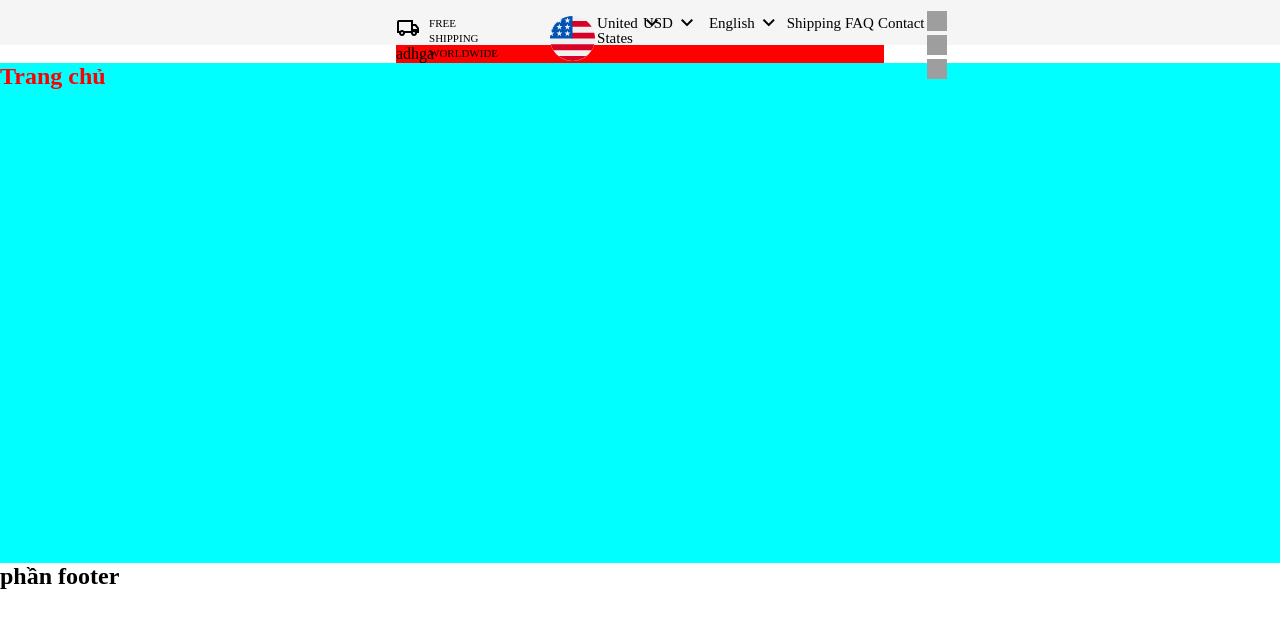
Repository: tatvanhco/shopper
Page: /
These files come from the project's save history. The page is drawn as it stood at one moment and after a run of saves; the edit follows.
The browser window is 1280 px wide. The pictures show the whole page.
Pictures or frames that could not be fetched are drawn as grey boxes. The project was rebuilt for these pictures with package versions that can differ from the ones it lists, and the page was loaded fresh each time.

Above is the page before, as saved 2022-09-24 12:04:30.

### src/index.tsx
import React from 'react';
import { createRoot } from 'react-dom/client';
import { Provider } from 'react-redux';
import { store } from './app/store';
import App from './App';
import reportWebVitals from './reportWebVitals';
import './index.scss';

const container = document.getElementById('root')!;
const root = createRoot(container);

root.render(
    <React.StrictMode>
        <Provider store={store}>
            <App />
        </Provider>
    </React.StrictMode>,
);

// If you want to start measuring performance in your app, pass a function
// to log results (for example: reportWebVitals(console.log))
// or send to an analytics endpoint. Learn more: https://bit.ly/CRA-vitals
reportWebVitals();

### src/app/store.ts
import { configureStore, ThunkAction, Action, getDefaultMiddleware } from '@reduxjs/toolkit';
import createSagaMiddleware from '@redux-saga/core';
import rootSaga from './rootSaga';

const sagaMiddleware = createSagaMiddleware();
export const store = configureStore({
    reducer: {

    },
    middleware: (getDefaultMiddleware) => {
        return getDefaultMiddleware().concat(sagaMiddleware);
    },
});

sagaMiddleware.run(rootSaga);

export type AppDispatch = typeof store.dispatch;
export type RootState = ReturnType<typeof store.getState>;
export type AppThunk<ReturnType = void> = ThunkAction<ReturnType, RootState, unknown, Action<string>>;

### src/App.tsx
import React from 'react';
import './App.scss';
import Header from 'components/header/header';
import Footer from 'components/footer/footer';
import Home from 'pages/home/home';

function App() {
    return (
        <div className="App">
            <Header />
            <Home />
            <Footer />
        </div>
    );
}

export default App;

### src/index.scss
/* @import 'normalize.css'; */
@import url('https://fonts.googleapis.com/css2?family=Roboto:wght@300;400;500;700&display=swap');
@import url('https://fonts.googleapis.com/css2?family=Material+Symbols+Outlined:opsz,wght,FILL,GRAD@20..48,100..700,0..1,-50..200');

body {
    margin: 0;
    padding: 0;
    /* font-family: -apple-system, BlinkMacSystemFont, 'Segoe UI', 'Roboto', 'Oxygen', 'Ubuntu', 'Cantarell', 'Fira Sans',
        'Droid Sans', 'Helvetica Neue', sans-serif; */
    -webkit-font-smoothing: antialiased;
    -moz-osx-font-smoothing: grayscale;
}

html {
    margin: 0;
    padding: 0;
}

code {
    font-family: source-code-pro, Menlo, Monaco, Consolas, 'Courier New', monospace;
}

p {
    margin: 0 !important;
    line-height: initial;
}

h1,
h2 {
    margin: 0;
}

### src/app/rootSaga.ts
function* rootSaga() {
    console.log('hahahha');
}

export default rootSaga;

### src/App.scss
.container {
    padding: 0px 16px;
    margin: 0 380px;
}

.d-flex {
    display: flex;
}

.ul {
    list-style: none;
    padding-left: 0;
}

.title {
    font-size: 15px;
    line-height: 15px;
    padding: 0 2px;
}

.img-icon {
    width: 20px;
    height: 20px;
}

.p-4p {
    padding: 0 4px;
}

### src/components/header/header.tsx
import clsx from 'clsx';
import { url } from 'inspector';
import { Fragment } from 'react';
import styles from './header.module.scss';

function header() {
    return (
        <Fragment>
            <div className="header">
                <div className={styles.headerTop}>
                    <div className="container">
                        <div className={clsx(styles.headerContact, 'd-flex')}>
                            <div className="headerContactRight">
                                <ul className={clsx('headerContactRightItems', 'ul', 'd-flex')}>
                                    <li className={clsx('headerContactRightItem', 'd-flex')}>
                                        <span className="material-symbols-outlined">local_shipping</span>
                                        <p className={clsx(styles.titleShip)}>FREE SHIPPING WORLDWIDE</p>
                                    </li>
                                    <li className={clsx('headerContactRightItem', 'd-flex', 'p-4p')}>
                                        <div className={clsx(styles.nation, 'd-flex')}>
                                            <img
                                                src="data:[embedded picture, 137 characters]
                                                        nLzIwMDAvc3ZnIj4KPHBhdGggZD0iTTcgMTRDMTAuODY2IDE0IDE0IDEwLjg2NiAxNCA3QzE0IDMuMTM0MDEgMTAuODY2IDAgNyAwQzMuMTM0MDEgMCAwIDMuMTM0MDEgMCA3QzAgMTAuO
                                                        DY2IDMuMTM0MDEgMTQgNyAxNFoiIGZpbGw9IiNGMEYwRjAiLz4KPHBhdGggZD0iTTYuNjk1OCA2Ljk5OTk4SDE0LjAwMDFDMTQuMDAwMSA2LjM2ODE4IDEzLjkxNTkgNS43NTYxMiAxMy4
                                                        3NTkgNS4xNzM4OUg2LjY5NThWNi45OTk5OFoiIGZpbGw9IiNEODAwMjciLz4KPHBhdGggZD0iTTYuNjk1OCAzLjM0NzgzSDEyLjk3MjdDMTIuNTQ0MiAyLjY0ODU5IDExLjk5NjMgMi4wM
                                                        zA1NCAxMS4zNTc1IDEuNTIxNzNINi42OTU4VjMuMzQ3ODNaIiBmaWxsPSIjRDgwMDI3Ii8+CjxwYXRoIGQ9Ik02Ljk5OTk3IDE0QzguNjQ3NCAxNCAxMC4xNjE2IDEzLjQzMDYgMTEuMzU
                                                        3NCAxMi40NzgzSDIuNjQyNThDMy44MzgzMiAxMy40MzA2IDUuMzUyNTMgMTQgNi45OTk5NyAxNFoiIGZpbGw9IiNEODAwMjciLz4KPHBhdGggZD0iTTEuMDI3NDggMTAuNjUyMkgxMi45N
                                                        zI3QzEzLjMxNjcgMTAuMDkwOCAxMy41ODM1IDkuNDc3MjMgMTMuNzU4OSA4LjgyNjA3SDAuMjQxMjExQzAuNDE2Njc2IDkuNDc3MjMgMC42ODM0NjkgMTAuMDkwOCAxLjAyNzQ4IDEwLjY
                                                        1MjJaIiBmaWxsPSIjRDgwMDI3Ii8+CjxwYXRoIGQ9Ik0zLjI0MjUzIDEuMDkzMTVIMy44ODA0M0wzLjI4NzA3IDEuNTI0MjJMMy41MTM3MyAyLjIyMTczTDIuOTIwMzkgMS43OTA2NkwyL
                                                        jMyNzA2IDIuMjIxNzNMMi41MjI4NCAxLjYxOTE2QzIuMDAwNDEgMi4wNTQzNCAxLjU0MjUyIDIuNTY0MTkgMS4xNjUxNyAzLjEzMjI4SDEuMzY5NTdMMC45OTE4NjcgMy40MDY2OEMwLjk
                                                        zMzAyMyAzLjUwNDg0IDAuODc2NTg2IDMuNjA0NTYgMC44MjI1IDMuNzA1NzZMMS4wMDI4NiA0LjI2MDg3TDAuNjY2MzY3IDQuMDE2MzlDMC41ODI3MjMgNC4xOTM2IDAuNTA2MjE1IDQuM
                                                        zc0ODEgMC40Mzc0NDUgNC41NTk3OUwwLjYzNjE1MiA1LjE3MTQxSDEuMzY5NTdMMC43NzYyMDcgNS42MDI0OUwxLjAwMjg2IDYuM0wwLjQwOTUyNyA1Ljg2ODkzTDAuMDU0MTEzMyA2LjE
                                                        yNzE2QzAuMDE4NTM5MSA2LjQxMzEyIDAgNi43MDQzOSAwIDdIN0M3IDMuMTM0MDMgNyAyLjY3ODI3IDcgMEM1LjYxNzE3IDAgNC4zMjgxMSAwLjQwMTEzMyAzLjI0MjUzIDEuMDkzMTVaT
                                                        TMuNTEzNzMgNi4zTDIuOTIwMzkgNS44Njg5M0wyLjMyNzA2IDYuM0wyLjU1MzcxIDUuNjAyNDlMMS45NjAzNiA1LjE3MTQxSDIuNjkzNzdMMi45MjAzOSA0LjQ3MzlMMy4xNDcwMiA1LjE
                                                        3MTQxSDMuODgwNDNMMy4yODcwNyA1LjYwMjQ5TDMuNTEzNzMgNi4zWk0zLjI4NzA3IDMuNTYzMzZMMy41MTM3MyA0LjI2MDg3TDIuOTIwMzkgMy44Mjk3OUwyLjMyNzA2IDQuMjYwODdMM
                                                        i41NTM3MSAzLjU2MzM2TDEuOTYwMzYgMy4xMzIyOEgyLjY5Mzc3TDIuOTIwMzkgMi40MzQ3N0wzLjE0NzAyIDMuMTMyMjhIMy44ODA0M0wzLjI4NzA3IDMuNTYzMzZaTTYuMDI0NTkgNi4
                                                        zTDUuNDMxMjYgNS44Njg5M0w0LjgzNzkzIDYuM0w1LjA2NDU4IDUuNjAyNDlMNC40NzEyMiA1LjE3MTQxSDUuMjA0NjRMNS40MzEyNiA0LjQ3MzlMNS42NTc4OSA1LjE3MTQxSDYuMzkxM
                                                        0w1Ljc5Nzk0IDUuNjAyNDlMNi4wMjQ1OSA2LjNaTTUuNzk3OTQgMy41NjMzNkw2LjAyNDU5IDQuMjYwODdMNS40MzEyNiAzLjgyOTc5TDQuODM3OTMgNC4yNjA4N0w1LjA2NDU4IDMuNTY
                                                        zMzZMNC40NzEyMiAzLjEzMjI4SDUuMjA0NjRMNS40MzEyNiAyLjQzNDc3TDUuNjU3ODkgMy4xMzIyOEg2LjM5MTNMNS43OTc5NCAzLjU2MzM2Wk01Ljc5Nzk0IDEuNTI0MjJMNi4wMjQ1O
                                                        SAyLjIyMTczTDUuNDMxMjYgMS43OTA2Nkw0LjgzNzkzIDIuMjIxNzNMNS4wNjQ1OCAxLjUyNDIyTDQuNDcxMjIgMS4wOTMxNUg1LjIwNDY0TDUuNDMxMjYgMC4zOTU2MzdMNS42NTc4OSA
                                                        xLjA5MzE1SDYuMzkxM0w1Ljc5Nzk0IDEuNTI0MjJaIiBmaWxsPSIjMDA1MkI0Ii8+Cjwvc3ZnPgo="
                                                alt=""
                                            />
                                            <p className={clsx('title')}>United States</p>
                                            <span className={clsx('material-symbols-outlined', styles.icon)}>
                                                expand_more
                                            </span>
                                        </div>
                                    </li>
                                    <li className={clsx('headerContactRightItem', 'd-flex', 'p-4p')}>
                                        <div className={clsx(styles.nation, 'd-flex')}>
                                            <p className={clsx('title')}>USD</p>
                                            <span className={clsx('material-symbols-outlined', styles.icon)}>
                                                expand_more
                                            </span>
                                        </div>
                                    </li>
                                    <li className={clsx('headerContactRightItem', 'd-flex', 'p-4p')}>
                                        <div className={clsx(styles.nation, 'd-flex')}>
                                            <p className={clsx('title')}>English</p>
                                            <span className={clsx('material-symbols-outlined', styles.icon)}>
                                                expand_more
                                            </span>
                                        </div>
                                    </li>
                                </ul>
                            </div>
                            <div className="headerContactLeft">
                                <ul className={clsx('headerContactLeftItems', 'd-flex', 'ul')}>
                                    <li className={clsx('headerContactLeftItem')}>
                                        <p className={clsx('title')}>Shipping</p>
                                    </li>
                                    <li className={clsx('headerContactLeftItem')}>
                                        <p className={clsx('title')}>FAQ</p>
                                    </li>
                                    <li className={clsx('headerContactLeftItem')}>
                                        <p className={clsx('title')}>Contact</p>
                                    </li>
                                    <li className={clsx('headerContactLeftItem')}>
                                        <img
                                            className={clsx('img-icon', styles.icon)}
                                            src="https://cdn-icons-png.flaticon.com/512/1384/1384005.png"
                                            alt="Facebook"
                                        />
                                        <img
                                            className={clsx('img-icon', styles.icon)}
                                            src="https://cdn-icons-png.flaticon.com/512/3661/3661391.png"
                                            alt="Instagram"
                                        />
                                        <img
                                            className={clsx('img-icon', styles.icon)}
                                            src="https://cdn-icons-png.flaticon.com/512/1384/1384028.png"
                                            alt="Youtube"
                                        />
                                    </li>
                                </ul>
                            </div>
                        </div>
                    </div>
                </div>
                <div className="headerBottom">
                    <div className="container">
                        <div className={clsx(styles.headerFrom)}>adhga</div>
                    </div>
                </div>
            </div>
        </Fragment>
    );
}

export default header;

### src/components/footer/footer.tsx
function footer() {
    return <h2>phần footer</h2>;
}

export default footer;

### src/pages/home/home.tsx
import clsx from 'clsx';
import styles from './home.module.scss';

function Home() {
    return (
        <>
            <h2 className={clsx(styles.heading)}>Trang chủ</h2>
        </>
    );
}

export default Home;

### src/components/header/header.module.scss
.headerTop {
    background-color: #f5f5f5;
}

.headerContact {
    height: 45px;
    justify-content: space-between;
    vertical-align: middle;
}

.headerFrom {
    background-color: red;
}

.titleShip {
    font-size: 11px;
    line-height: 15px;
    padding: 0px 48px 0 9px;
}

.icon {
    transform: translateY(-5px);
}

### src/pages/home/home.module.scss
.heading {
    height: 500px;
    background-color: aqua;
    color: red;
}

.active {
    background-color: yellow;
}

Loaded but not shown: public/index.html (common file); src/reportWebVitals.ts (common file)

After the next 2 saves:
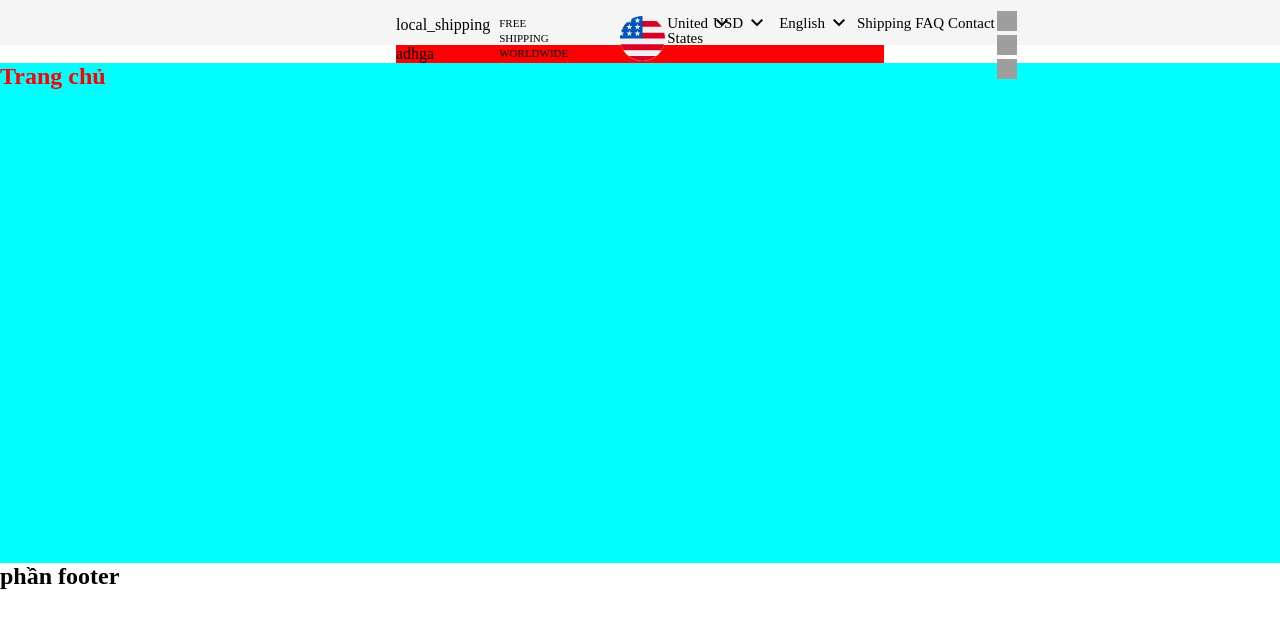
The 2 saves are shown as one change because they came seconds apart.
The last was saved 14 s later.
--- a/src/components/header/header.tsx
+++ b/src/components/header/header.tsx
@@ -13,7 +13,7 @@
                             <div className="headerContactRight">
                                 <ul className={clsx('headerContactRightItems', 'ul', 'd-flex')}>
                                     <li className={clsx('headerContactRightItem', 'd-flex')}>
-                                        <span className="material-symbols-outlined">local_shipping</span>
+                                        <span className={clsx}>local_shipping</span>
                                         <p className={clsx(styles.titleShip)}>FREE SHIPPING WORLDWIDE</p>
                                     </li>
                                     <li className={clsx('headerContactRightItem', 'd-flex', 'p-4p')}>

After the save that followed:
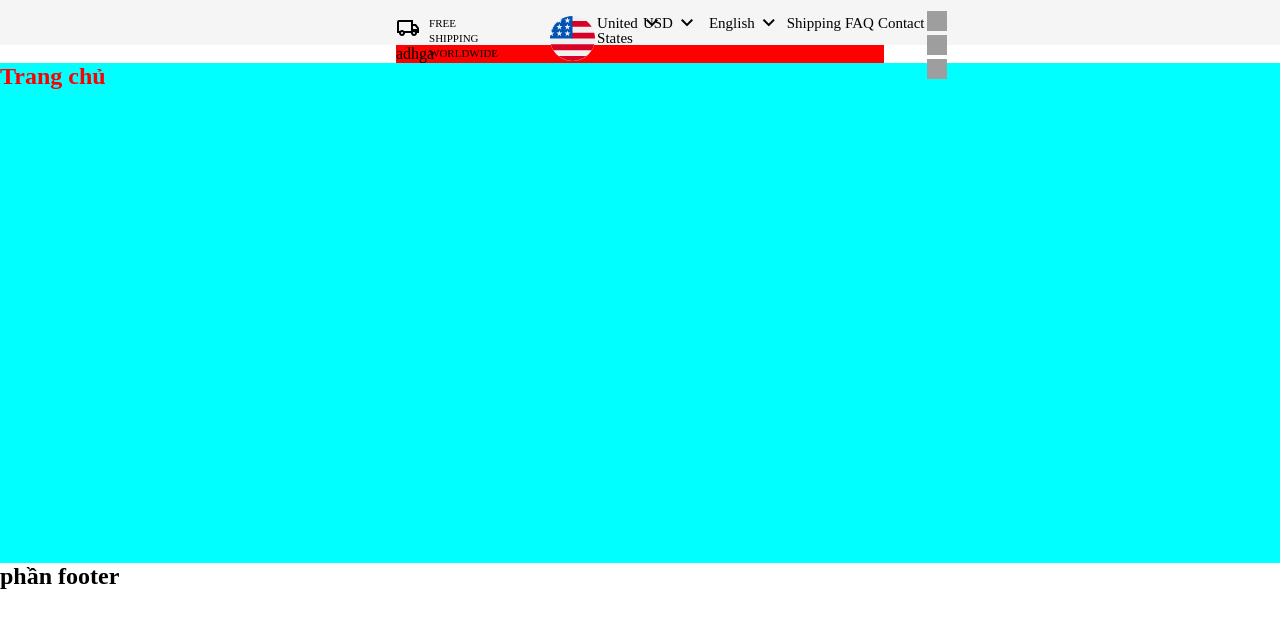
Saved 4 s later.
--- a/src/components/header/header.tsx
+++ b/src/components/header/header.tsx
@@ -13,7 +13,7 @@
                             <div className="headerContactRight">
                                 <ul className={clsx('headerContactRightItems', 'ul', 'd-flex')}>
                                     <li className={clsx('headerContactRightItem', 'd-flex')}>
-                                        <span className={clsx}>local_shipping</span>
+                                        <span className={clsx('material-symbols-outlined')}>local_shipping</span>
                                         <p className={clsx(styles.titleShip)}>FREE SHIPPING WORLDWIDE</p>
                                     </li>
                                     <li className={clsx('headerContactRightItem', 'd-flex', 'p-4p')}>
